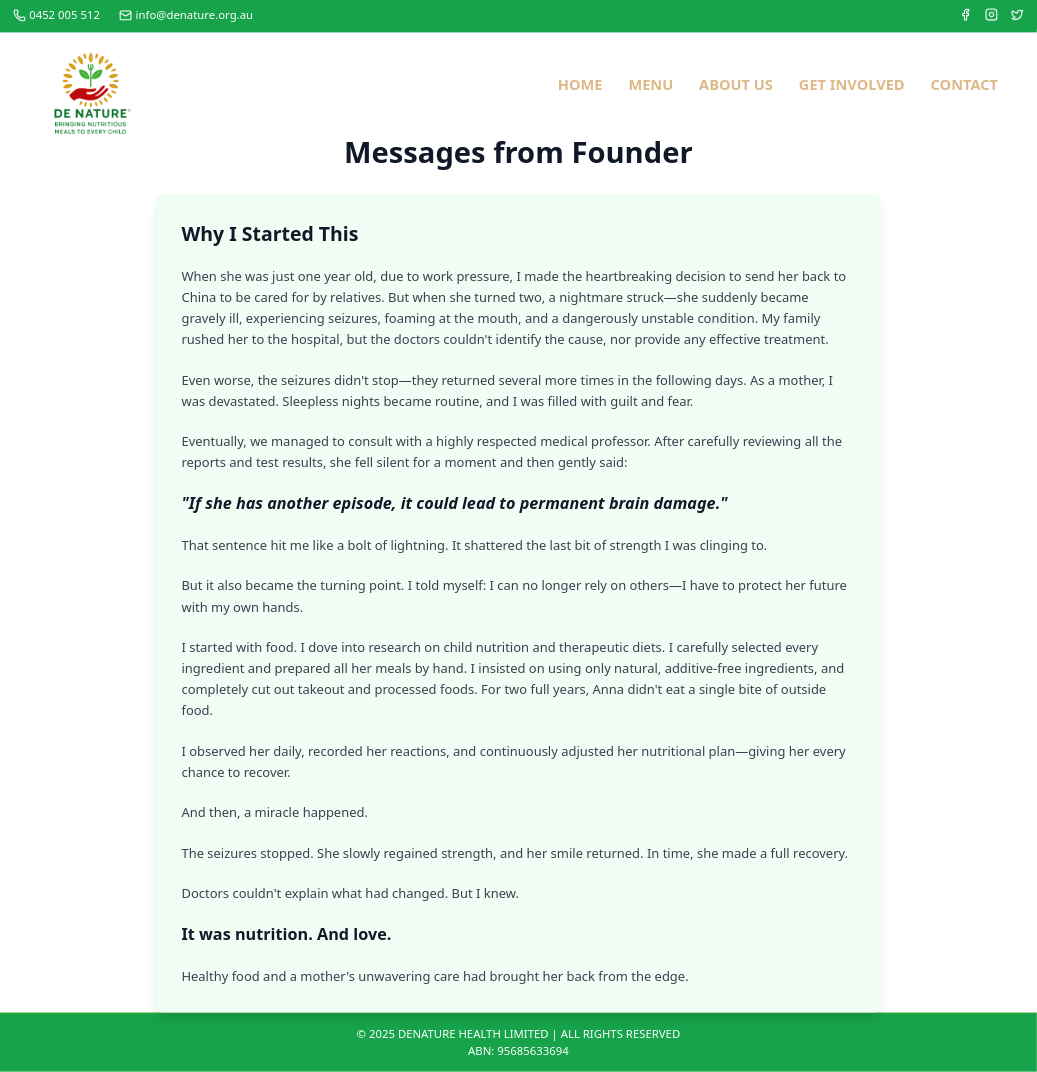
Repository: sunnyyan01/denature-website
Page: /about/messages-from-founder
These files come from the project's save history. The page is drawn as it stood at one moment and after the next save; the edit follows.
The browser window is 1280 px wide. The pictures show the whole page, at 81% of full size.
The project was rebuilt for these pictures with package versions that can differ from the ones it lists, and the page was loaded fresh each time. The framework's server and built-in components were replaced by stand-ins that run in the browser. Also part of the build but not shown: next.config.js.

Above is the page before, as saved 2025-04-21 22:23:40.

After the next save:
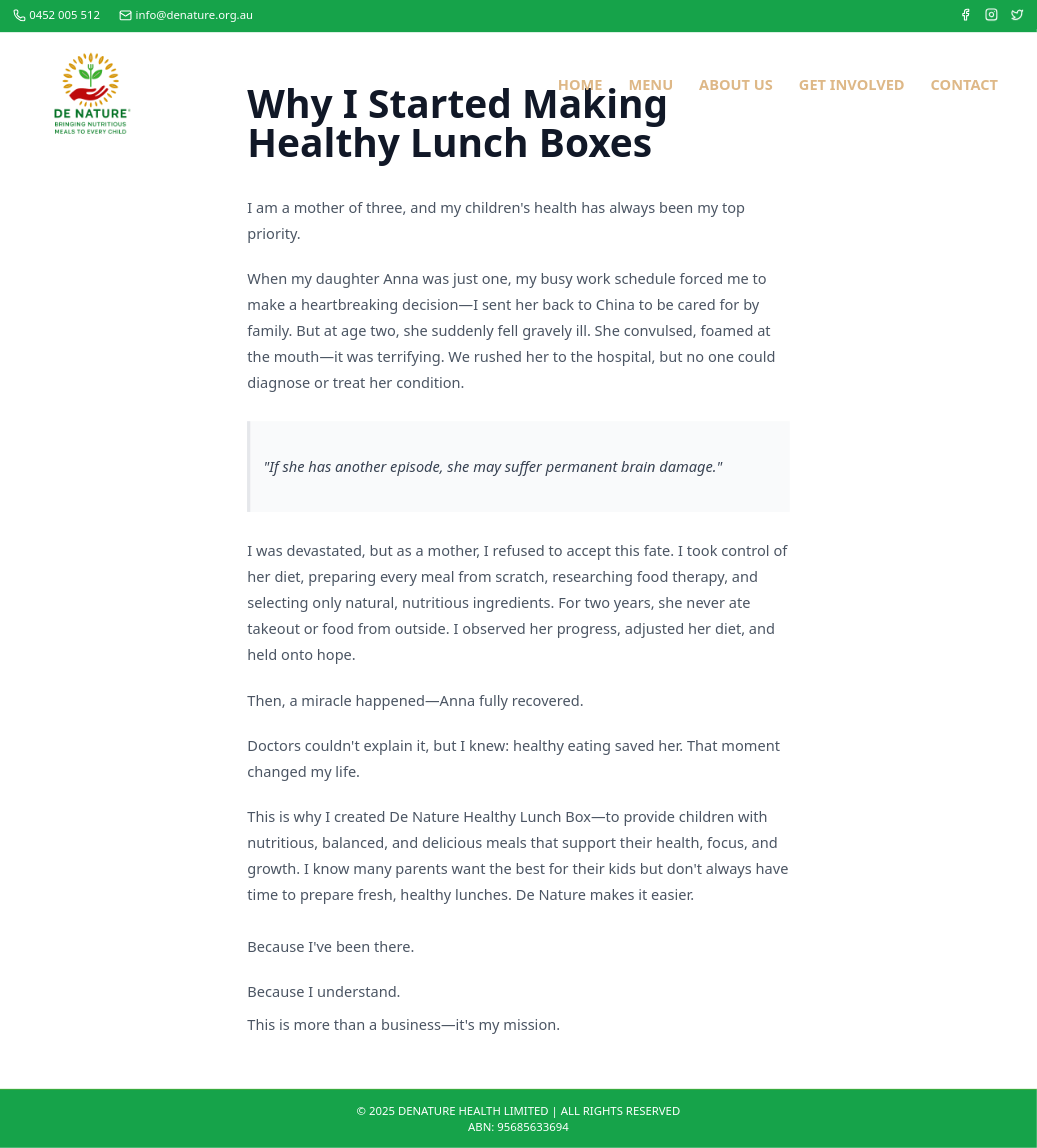
Saved 3 min 43 s later.
--- a/src/app/about/messages-from-founder/page.tsx
+++ b/src/app/about/messages-from-founder/page.tsx
@@ -1,68 +1,50 @@
+import React from 'react';
+
 export default function MessagesFromFounder() {
   return (
-    <main className="min-h-screen pt-32">
-      <div className="container mx-auto px-4">
-        <h1 className="text-4xl font-bold text-gray-900 mb-8 text-center">Messages from Founder</h1>
+    <main className="min-h-screen bg-white">
+      <div className="max-w-4xl mx-auto px-4 py-16 sm:px-6 lg:px-8">
+        <article className="prose lg:prose-lg mx-auto">
+          <h1 className="text-3xl font-bold text-gray-900 mb-8">
+            Why I Started Making Healthy Lunch Boxes
+          </h1>
 
-        <div className="max-w-4xl mx-auto">
-          <div className="bg-green-50 rounded-lg shadow-lg p-8">
-            <h2 className="text-2xl font-semibold text-gray-900 mb-6">Why I Started This</h2>
+          <p className="text-gray-600 mb-6">
+            I am a mother of three, and my children's health has always been my top priority.
+          </p>
 
-            <div className="space-y-6 text-gray-700 leading-relaxed">
-              <p>
-                When she was just one year old, due to work pressure, I made the heartbreaking decision to send her back to China to be cared for by relatives. But when she turned two, a nightmare struck—she suddenly became gravely ill, experiencing seizures, foaming at the mouth, and a dangerously unstable condition. My family rushed her to the hospital, but the doctors couldn't identify the cause, nor provide any effective treatment.
-              </p>
+          <p className="text-gray-600 mb-6">
+            When my daughter Anna was just one, my busy work schedule forced me to make a heartbreaking decision—I sent her back to China to be cared for by family. But at age two, she suddenly fell gravely ill. She convulsed, foamed at the mouth—it was terrifying. We rushed her to the hospital, but no one could diagnose or treat her condition.
+          </p>
 
-              <p>
-                Even worse, the seizures didn't stop—they returned several more times in the following days. As a mother, I was devastated. Sleepless nights became routine, and I was filled with guilt and fear.
-              </p>
+          <div className="bg-gray-50 border-l-4 border-gray-200 p-4 my-8">
+            <p className="text-gray-700 italic">
+              "If she has another episode, she may suffer permanent brain damage."
+            </p>
+          </div>
 
-              <p>
-                Eventually, we managed to consult with a highly respected medical professor. After carefully reviewing all the reports and test results, she fell silent for a moment and then gently said:
-              </p>
+          <p className="text-gray-600 mb-6">
+            I was devastated, but as a mother, I refused to accept this fate. I took control of her diet, preparing every meal from scratch, researching food therapy, and selecting only natural, nutritious ingredients. For two years, she never ate takeout or food from outside. I observed her progress, adjusted her diet, and held onto hope.
+          </p>
 
-              <p className="text-xl font-semibold text-gray-900 italic">
-                "If she has another episode, it could lead to permanent brain damage."
-              </p>
+          <p className="text-gray-600 mb-6">
+            Then, a miracle happened—Anna fully recovered.
+          </p>
 
-              <p>
-                That sentence hit me like a bolt of lightning. It shattered the last bit of strength I was clinging to.
-              </p>
+          <p className="text-gray-600 mb-6">
+            Doctors couldn't explain it, but I knew: healthy eating saved her. That moment changed my life.
+          </p>
 
-              <p>
-                But it also became the turning point. I told myself: I can no longer rely on others—I have to protect her future with my own hands.
-              </p>
+          <p className="text-gray-600 mb-6">
+            This is why I created De Nature Healthy Lunch Box—to provide children with nutritious, balanced, and delicious meals that support their health, focus, and growth. I know many parents want the best for their kids but don't always have time to prepare fresh, healthy lunches. De Nature makes it easier.
+          </p>
 
-              <p>
-                I started with food. I dove into research on child nutrition and therapeutic diets. I carefully selected every ingredient and prepared all her meals by hand. I insisted on using only natural, additive-free ingredients, and completely cut out takeout and processed foods. For two full years, Anna didn't eat a single bite of outside food.
-              </p>
-
-              <p>
-                I observed her daily, recorded her reactions, and continuously adjusted her nutritional plan—giving her every chance to recover.
-              </p>
-
-              <p>
-                And then, a miracle happened.
-              </p>
-
-              <p>
-                The seizures stopped. She slowly regained strength, and her smile returned. In time, she made a full recovery.
-              </p>
-
-              <p>
-                Doctors couldn't explain what had changed. But I knew.
-              </p>
-
-              <p className="text-xl font-semibold text-gray-900">
-                It was nutrition. And love.
-              </p>
-
-              <p>
-                Healthy food and a mother's unwavering care had brought her back from the edge.
-              </p>
-            </div>
+          <div className="space-y-2 text-gray-600 mt-8">
+            <p className="font-medium">Because I've been there.</p>
+            <p className="font-medium">Because I understand.</p>
+            <p className="font-medium">This is more than a business—it's my mission.</p>
           </div>
-        </div>
+        </article>
       </div>
     </main>
   );
